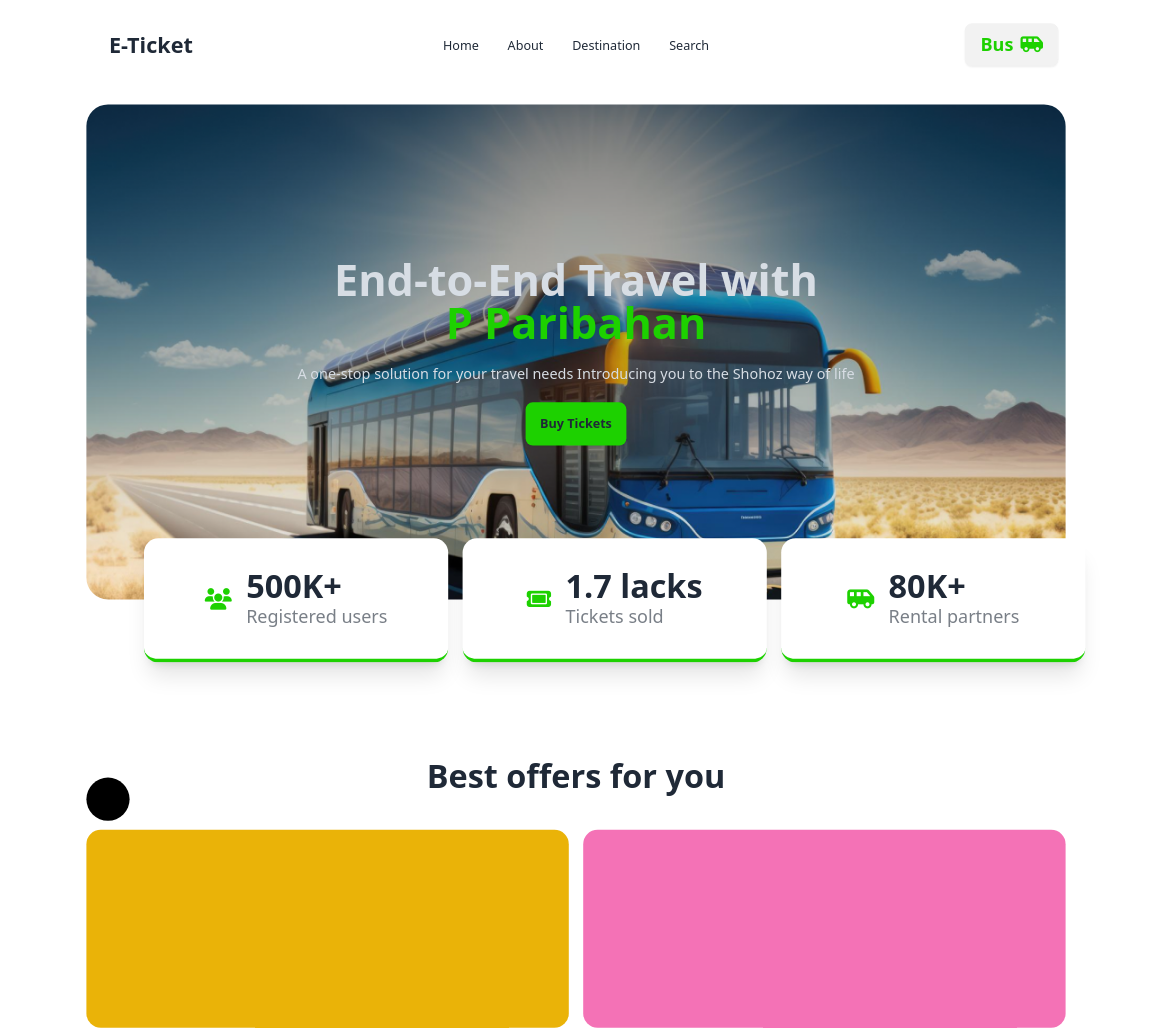
Repository: RudrasahaDibos/Smart-ticketing
Page: index.html
These files come from the project's save history. The page is drawn as it stood at one moment and after a run of saves; the edit follows.
The browser window is 1280 px wide. The pictures show the whole page, at 90% of full size.
Some web fonts or font styles are not loaded; a fallback is used. Some web libraries are served in a nearby version.

Above is the page before, as saved 2024-11-10 01:10:39.

After the next 6 saves:
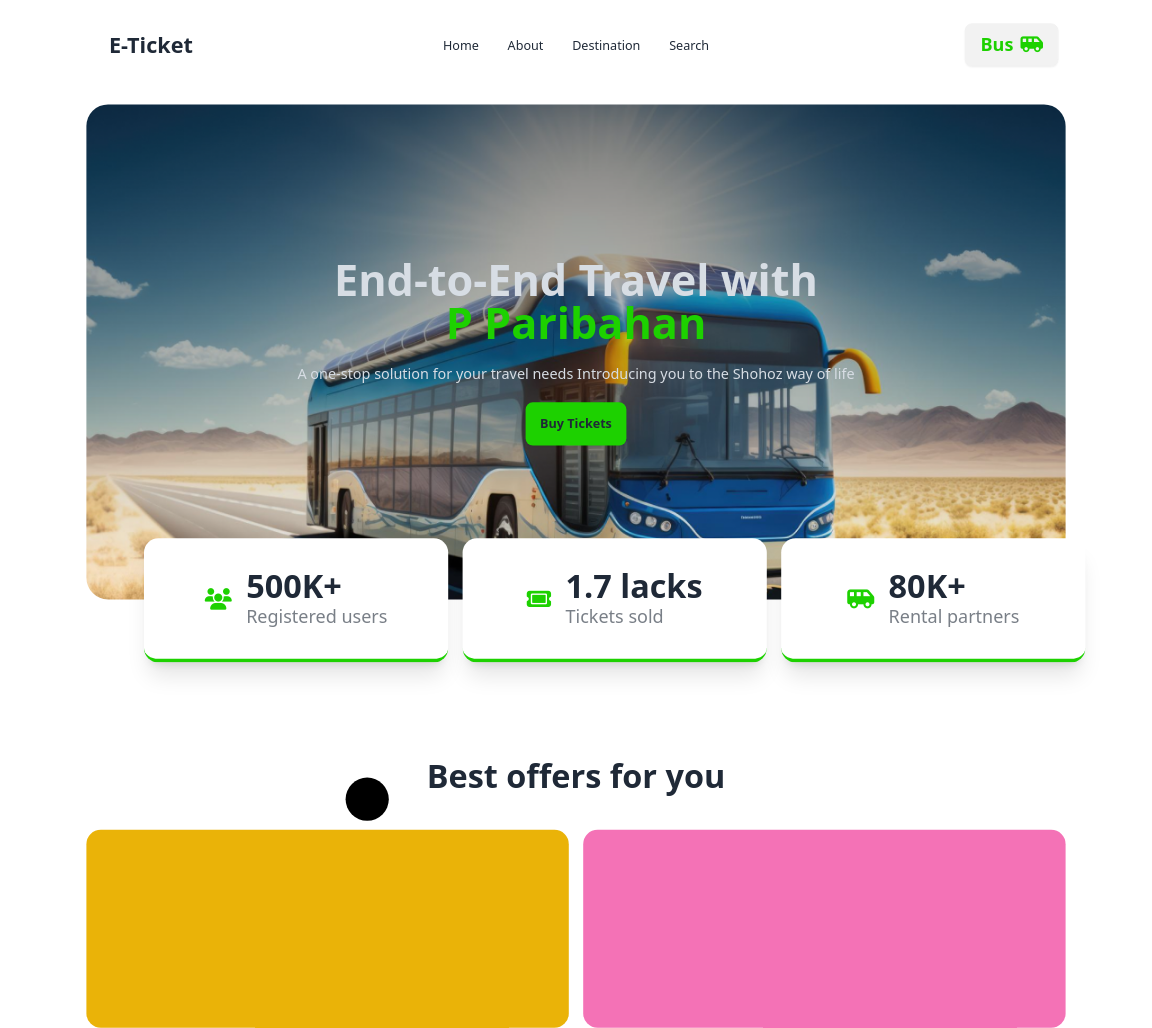
The 6 saves are shown as one change because they came seconds apart.
The last was saved 18 s later.
--- a/index.html
+++ b/index.html
@@ -156,7 +156,7 @@
 
                                 <div class="flex gap-4 mt-10">
                                     <div class="bg-yellow-500  w-[573px] h-[220px] rounded-2xl">
-                                               <p class="bg-black w-[48px] h-[48px] absolute mx-auto rounded-full  -bottom-48"></p>
+                                               <p class="bg-black w-[48px] h-[48px] absolute mx-auto rounded-full  -bottom-48 left-96"></p>
                                     </div>
                                     <div class="bg-pink-400   w-[573px] h-[220px] rounded-2xl">
 

After the 3 saves that followed:
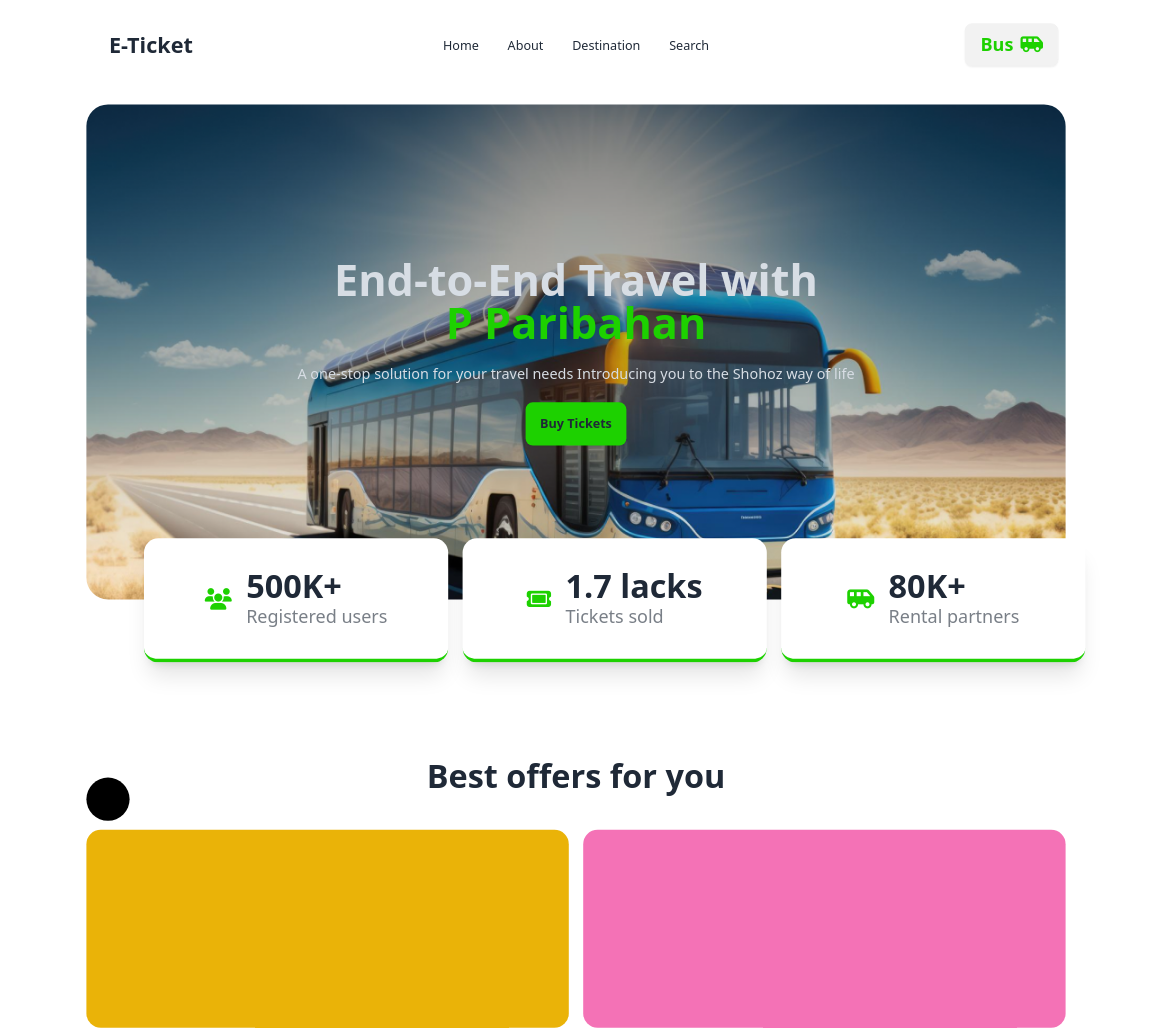
The 3 saves are shown as one change because they came seconds apart.
The last was saved 9 s later.
--- a/index.html
+++ b/index.html
@@ -156,7 +156,7 @@
 
                                 <div class="flex gap-4 mt-10">
                                     <div class="bg-yellow-500  w-[573px] h-[220px] rounded-2xl">
-                                               <p class="bg-black w-[48px] h-[48px] absolute mx-auto rounded-full  -bottom-48 left-96"></p>
+                                               <p class="bg-black w-[48px] h-[48px] absolute mx-auto rounded-full  -bottom-48 left-"></p>
                                     </div>
                                     <div class="bg-pink-400   w-[573px] h-[220px] rounded-2xl">
 
